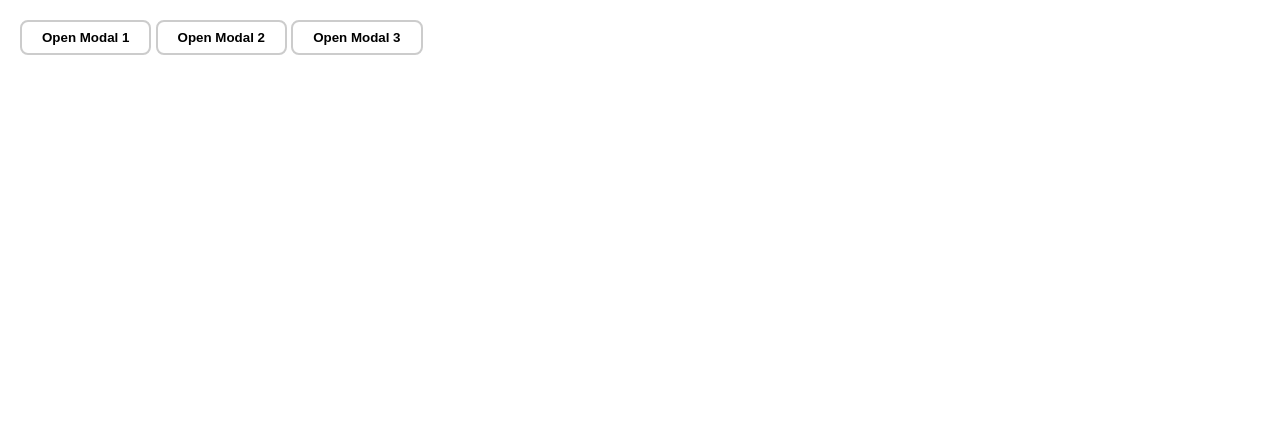
Repository: hoangan3526/Javascript-project
Page: index.html
The author's editor kept a copy of each file at every save. The page is drawn from the files as they stood at one save, then again after the next save.
The browser window is 1280 px wide. The pictures show the whole page.
After loading, the first visible `button.btn` was clicked once.

Above is the page before, as saved 2026-04-07 21:13:30.

### index.html
<!DOCTYPE html>
<html lang="en">
    <head>
        <meta charset="UTF-8" />
        <meta name="viewport" content="width=device-width, initial-scale=1.0" />
        <title>Modal</title>
        <link rel="stylesheet" href="style.css" />
    </head>
    <body>
        <main>
            <button class="btn" data-modal="#modal-1">Open Modal 1</button>
            <button class="btn" data-modal="#modal-2">Open Modal 2</button>
            <button class="btn" data-modal="#modal-3">Open Modal 3</button>
        </main>

        <!-- Modal -->
        <div id = "modal-1" class="modal-backdrop">
            <div class="modal-container">
                <button id ="modal-close" class="modal-close">&times;</button>
                <div class="modal-content">
                    <p>
                        Modal-1
                    </p>
                </div>
            </div>
        </div>
        <div id = "modal-2" class="modal-backdrop">
            <div class="modal-container">
                <button id ="modal-close" class="modal-close">&times;</button>
                <div class="modal-content">
                    <p>
                        Modal-2
                    </p>
                </div>
            </div>
        </div>
        <div id = "modal-3" class="modal-backdrop">
            <div class="modal-container">
                <button id ="modal-close" class="modal-close">&times;</button>
                <div class="modal-content">
                    <p>
                        Modal-3
                    </p>
                </div>
            </div>
        </div>
        <script src="main.js"></script>
    </body>
</html>

### style.css
* {
    margin: 0;
    padding: 0;
    box-sizing: border-box;
}

html {
    font-size: 62.5%;
}

body {
    font-size: 1.6rem;
    font-family: system-ui, -apple-system, BlinkMacSystemFont, "Segoe UI",
        Roboto, Oxygen, Ubuntu, Cantarell, "Open Sans", "Helvetica Neue",
        sans-serif;
}
main {
    margin: 20px;
}

.btn {
    border: 2px solid #ccc;
    border-radius: 8px;
    padding: 8px 20px;
    font-weight: 600;
}
button {
    border: none;
    outline: none;
    background: transparent;
    cursor: pointer;
}

.modal-backdrop {
    position: fixed;
    inset: 0;
    display: flex;
    align-items: center;
    justify-content: center;
    background: rgba(0, 0, 0, 0.6);
    opacity: 0;
    visibility: hidden;
    transition: opacity, visibility;
    transition-duration: 0.3s;
}

.modal-backdrop.show {
    opacity: 1;
    visibility: visible;
}

.modal-backdrop.show .modal-container {
    transform: scale(1);
}

.modal-container {
    position: relative;
    width: min(600px, 90%);
    padding: 28px;
    border-radius: 10px;
    background: #fff;
    transform: scale(0);
    transition: transform 0.3s;
}

.modal-close {
    position: absolute;
    top: 10px;
    right: 10px;
    width: 30px;
    height: 30px;
    border-radius: 50%;
    color: #666;
    background: #ebebeb;
    font-size: 2rem;
}

.modal-close:hover {
    color: #333;
}

.modal-content {
    max-height: 80vh;
    overflow-y: auto;
}

### main.js
const $ = document.querySelector.bind(document);
const $$ = document.querySelectorAll.bind(document);

$$('.btn').forEach((btn) => {
    btn.onclick = function(){
    console.log($(this.dataset.modal)) ;

    }
})

After the next save:
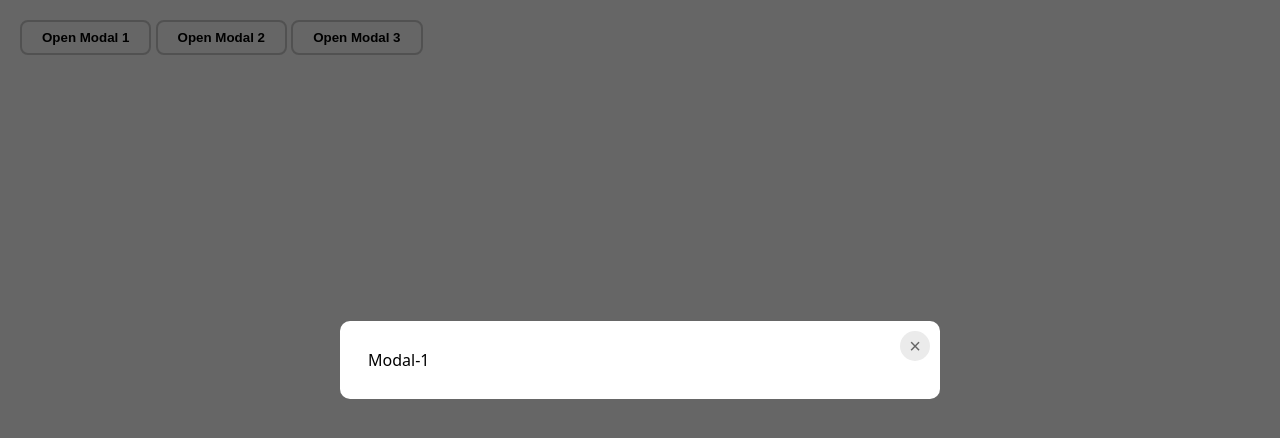
Saved 50 s later.
--- a/main.js
+++ b/main.js
@@ -3,7 +3,7 @@ const $$ = document.querySelectorAll.bind(document);
 
 $$('.btn').forEach((btn) => {
     btn.onclick = function(){
-    console.log($(this.dataset.modal)) ;
-
+    const modal = $(this.dataset.modal);
+    modal.classList.add('show');
     }
 })
